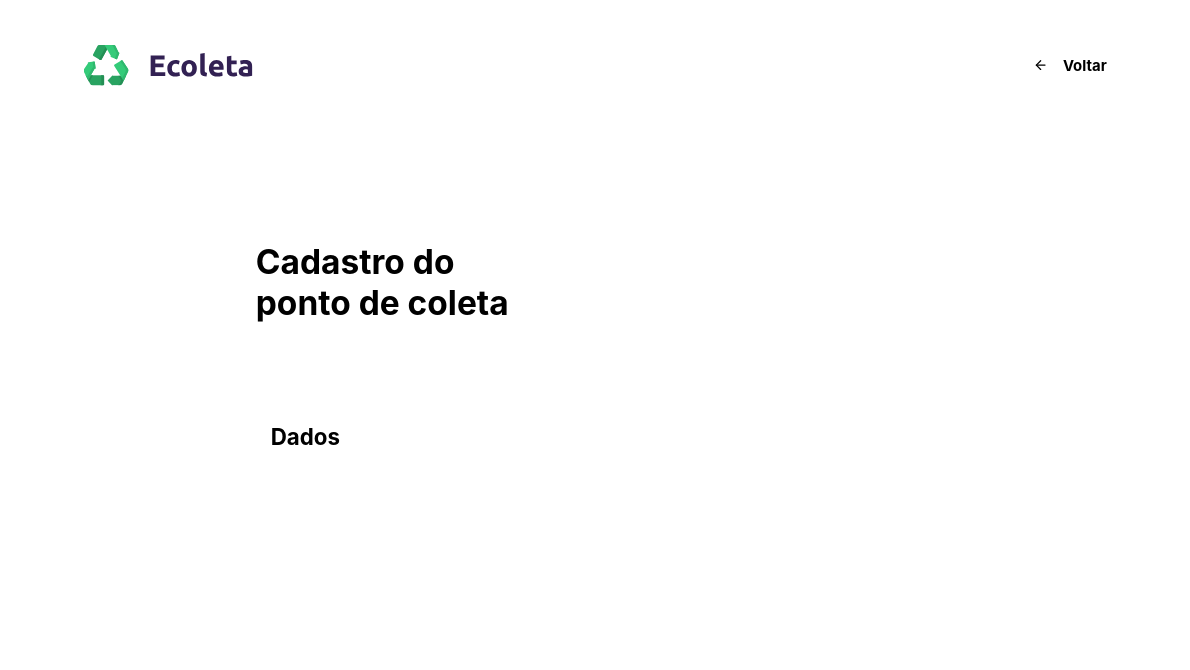
Repository: johnnedemoraesrocha/nlw-o1
Page: /create-point (app in web/)
An editor plug-in stored every save of this project. The page is shown before and after a run of saves, followed by the edit.
The browser window is 1280 px wide. The pictures show the whole page, at 93% of full size.
The project was rebuilt for these pictures with package versions that can differ from the ones it lists, and the page was loaded fresh each time. Also part of the build but not shown: web/src/App.css, web/src/pages/Home/Home.css, web/src/pages/Home/index.tsx.

Above is the page before, as saved 2020-06-03 22:40:54.

After the next 2 saves:
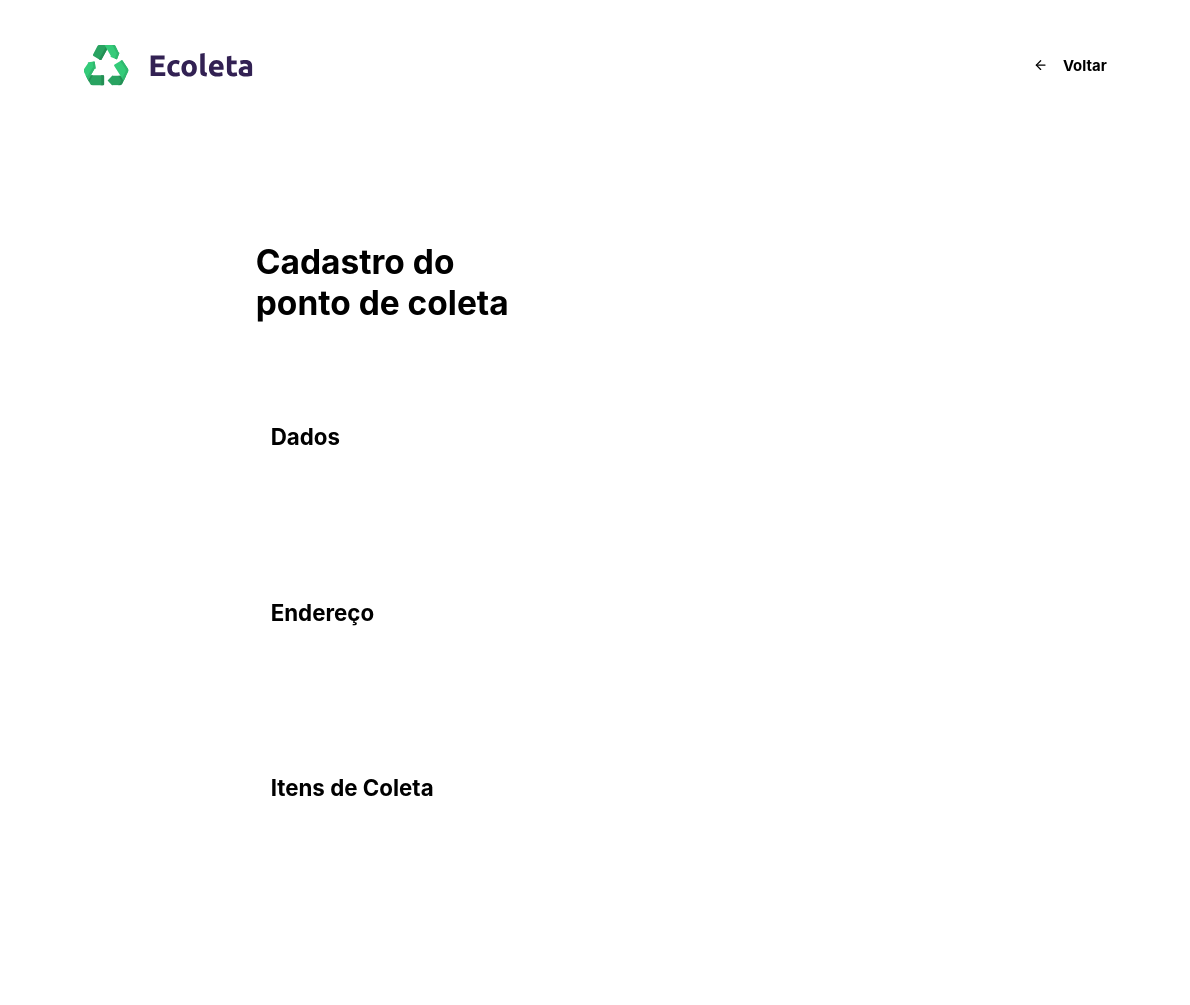
The 2 saves are shown as one change because they came seconds apart.
The last was saved 25 s later.
--- a/web/src/pages/CreatePoint/index.tsx
+++ b/web/src/pages/CreatePoint/index.tsx
@@ -25,6 +25,18 @@ const CreatePoint = () => {
                         <h2>Dados</h2>
                     </legend>
                 </fieldset>
+
+                <fieldset>
+                    <legend>
+                        <h2>Endereço</h2>
+                    </legend>
+                </fieldset>
+
+                <fieldset>
+                    <legend>
+                        <h2>Itens de Coleta</h2>
+                    </legend>
+                </fieldset>
             </form>
 
         </div>
